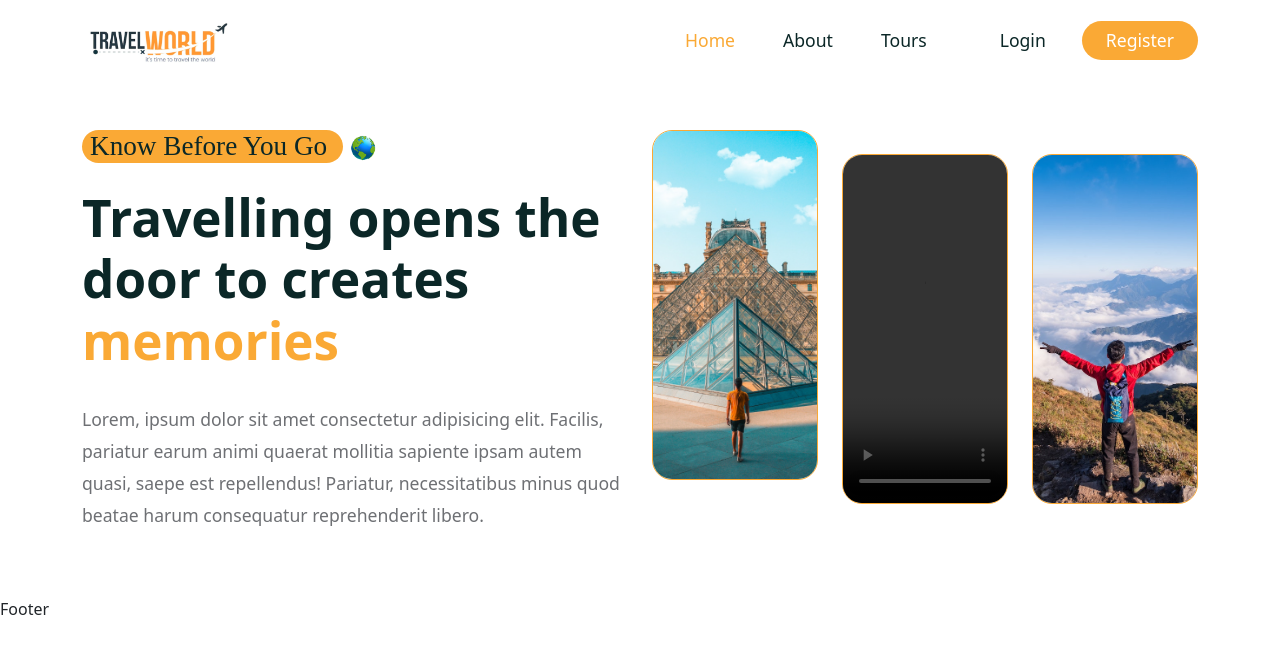
Repository: remydev47/travell-agency
Page: /
The author's editor kept a copy of each file at every save. The page is drawn from the files as they stood at one save, then again after the next save.
The browser window is 1280 px wide. The pictures show the whole page.
Pictures or frames that could not be fetched are drawn as grey boxes. Some web fonts or font styles are not loaded; a fallback is used. The project was rebuilt for these pictures with package versions that can differ from the ones it lists, and the page was loaded fresh each time. Also part of the build but not shown: vite.config.js, src/pages/Login.jsx, src/pages/TourDetails.jsx, src/pages/Tours.jsx, src/pages/SearchResultList.jsx, src/pages/Register.jsx. Imported but missing from the stored project, and not drawn on this page: src/assets/images/hero-video.mp4.

Above is the page before, as saved 2023-01-31 12:06:03.

After the next save:
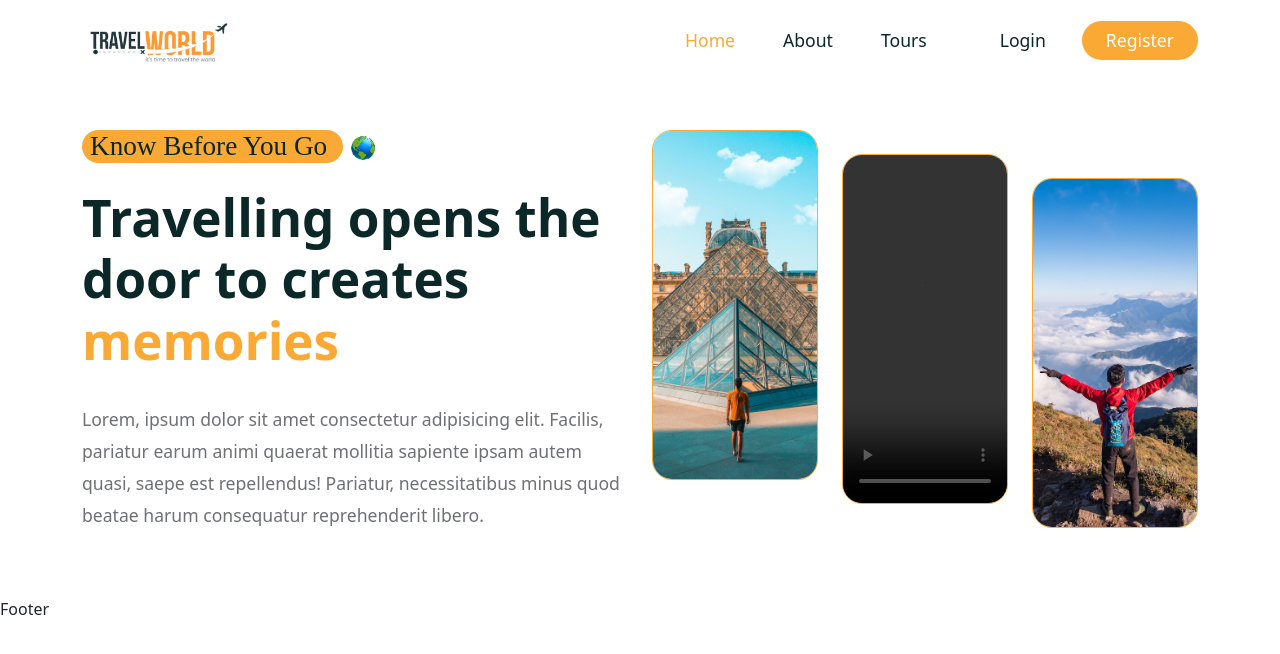
Saved 28 s later.
--- a/src/pages/Home.jsx
+++ b/src/pages/Home.jsx
@@ -37,7 +37,7 @@ const Home = () => {
           </Col>
 
           <Col lg='2'>
-            <div className="hero__img-box mt-4">
+            <div className="hero__img-box mt-5">
               <img src={heroImg02} alt=''/>
             </div>
           </Col>
